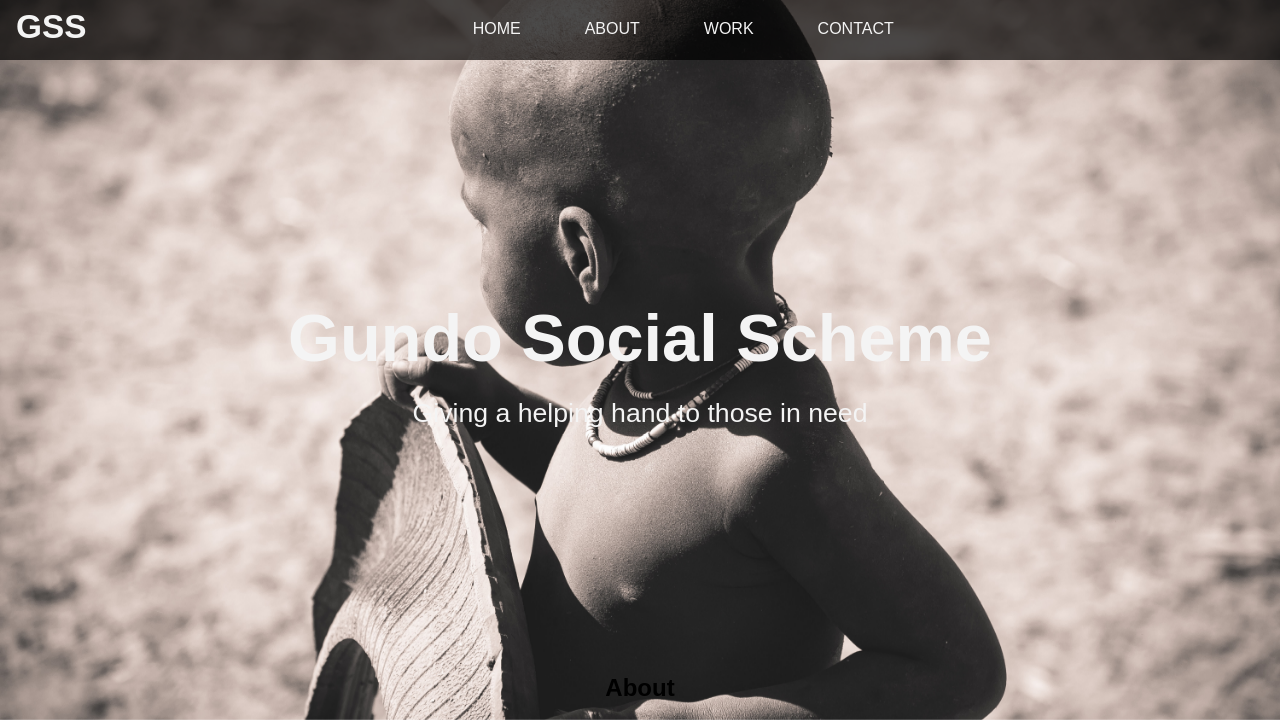
Repository: blessingNtoko/gss-basic_website
Page: index.html
These files come from the project's save history. The page is drawn as it stood at one moment and after the next save; the edit follows.
The browser window is 1280 px wide. The pictures show the whole page.
An inner scrolling area shows only its first screen.

Above is the page before, as saved 2020-05-13 00:25:55.

After the next save:
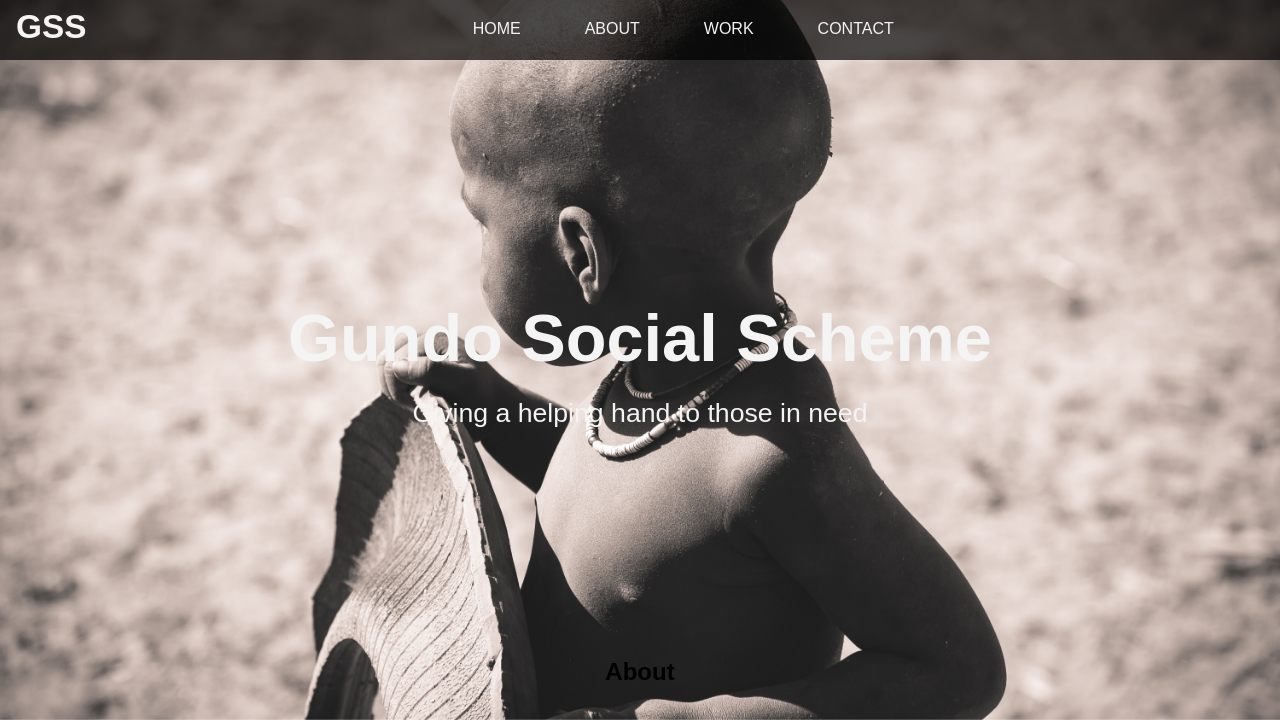
Saved 13 s later.
--- a/style.css
+++ b/style.css
@@ -128,5 +128,5 @@ section {
     display: flex;
     flex-direction: row;
     justify-content: center;
-    margin-top: 2rem;
+    margin-top: 3rem;
 }
